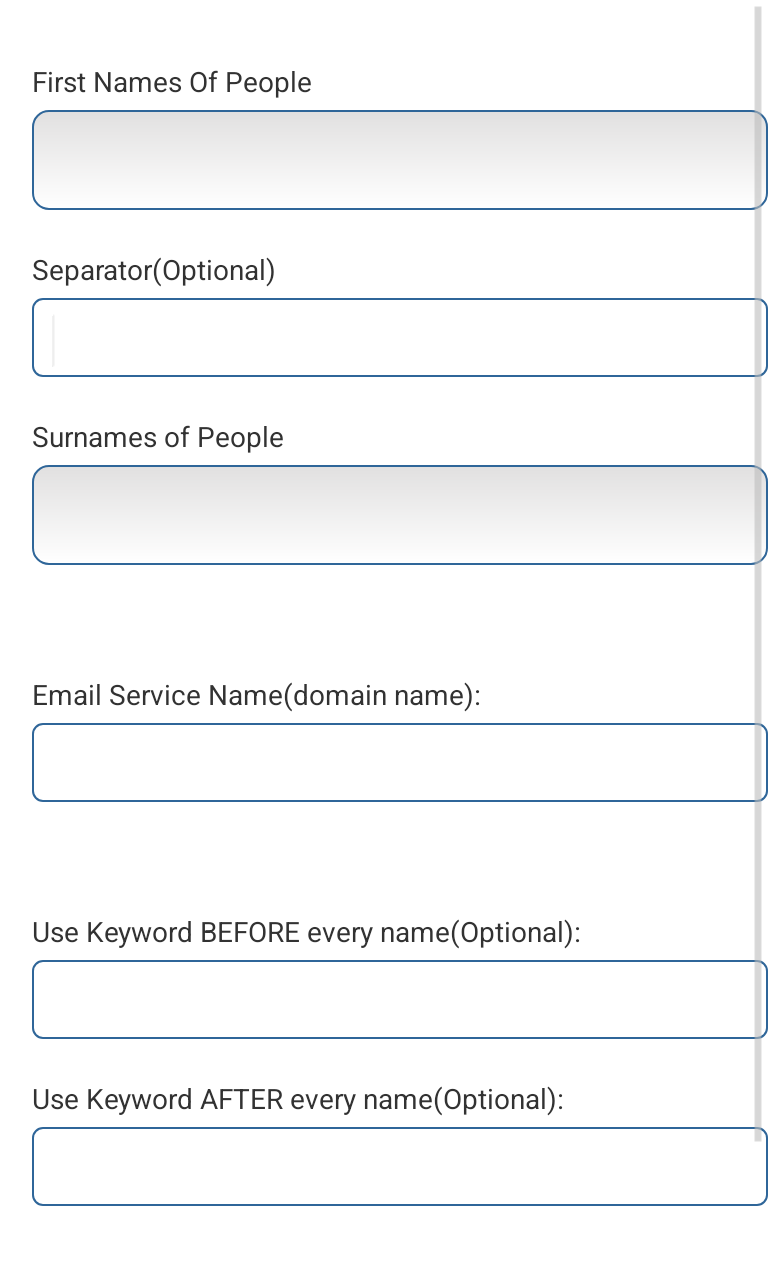
Repository: gperedo/AllAndroid
Layout: UltimateEmailIDEngine/res/layout/inputdata_activity.xml
The author's editor kept a copy of each file at every save. The layout is drawn from the files as they stood at one save, then again after the next save.
It is drawn on a 768 x 1280 px phone screen (xhdpi) without system bars, with theme AppTheme; the app's code is not run.

Above is the layout before, as saved 2014-01-17 05:19:00.

### UltimateEmailIDEngine/res/layout/inputdata_activity.xml
<?xml version="1.0" encoding="utf-8"?>
<ScrollView xmlns:android="http://schemas.android.com/apk/res/android"
    android:layout_width="match_parent"
    android:layout_height="match_parent"
    >

    <LinearLayout
        android:layout_width="wrap_content"
        android:layout_height="wrap_content"
        android:layout_centerInParent="true"
        android:layout_marginTop="0dp"
        android:orientation="vertical"
        android:paddingBottom="@dimen/activity_vertical_margin"
    	android:paddingLeft="@dimen/activity_horizontal_margin"
    	android:paddingTop="@dimen/activity_vertical_margin" >

        <LinearLayout
            android:id="@+id/linearLayout5"
            android:layout_width="match_parent"
            android:layout_height="wrap_content"
            android:orientation="vertical" >

            <LinearLayout
                android:id="@+id/linearLayout2"
                android:layout_width="match_parent"
                android:layout_height="wrap_content"
                android:layout_marginTop="15dp"
                android:orientation="vertical" >

                <TextView
                    android:id="@+id/firstname_textview"
                    android:layout_width="wrap_content"
                    android:layout_height="wrap_content"
                    android:text="First Names Of People" />

                <Spinner
                    android:id="@+id/firstnames_spinner"
                    android:layout_width="match_parent"
                    android:layout_height="50dp"
                    android:layout_marginTop="5dp"
                    android:background="@drawable/custom_spinner_btn_normal"/>
            </LinearLayout>

            <LinearLayout
                android:id="@+id/linearLayout3"
                android:layout_width="match_parent"
                android:layout_height="wrap_content"
                android:layout_marginTop="20dp"
                android:orientation="vertical" >

                <TextView
                    android:id="@+id/separator_textview"
                    android:layout_width="wrap_content"
                    android:layout_height="wrap_content"
                    android:text="Separator(Optional)" />

                <EditText
                    android:id="@+id/separator_edittext"
                    android:layout_width="match_parent"
                    android:layout_height="wrap_content"
                    android:layout_marginTop="5dp"
                    android:ems="10"
                    android:singleLine="true"
                    android:background="@drawable/rounded_edittext">

                    <requestFocus />
                </EditText>
            </LinearLayout>

            <LinearLayout
                android:id="@+id/linearLayout4"
                android:layout_width="match_parent"
                android:layout_height="wrap_content"
                android:layout_marginTop="20dp"
                android:orientation="vertical" >

                <TextView
                    android:id="@+id/surnames_textview"
                    android:layout_width="wrap_content"
                    android:layout_height="wrap_content"
                    android:text="Surnames of People" />

                <Spinner
                    android:id="@+id/surnames_spinner"
                    android:layout_width="match_parent"
                    android:layout_height="50dp"
                    android:layout_marginTop="5dp"
                    android:layout_weight="1"
                    android:background="@drawable/custom_spinner_btn_normal"/>
            </LinearLayout>
        </LinearLayout>

        <LinearLayout
            android:id="@+id/linearLayout8"
            android:layout_width="match_parent"
            android:layout_height="wrap_content"
            android:layout_marginTop="40dp"
            android:orientation="vertical" >

            <LinearLayout
                android:id="@+id/linearLayout7"
                android:layout_width="match_parent"
                android:layout_height="wrap_content"
                android:layout_marginTop="15dp"
                android:orientation="vertical" >

                <TextView
                    android:id="@+id/domainname_textView"
                    android:layout_width="match_parent"
                    android:layout_height="wrap_content"
                    android:text="Email Service Name(domain name):" />

                <EditText
                    android:id="@+id/editText1"
                    android:layout_width="match_parent"
                    android:layout_height="wrap_content"
                    android:layout_marginTop="5dp"
                    android:singleLine="true"
                    android:background="@drawable/rounded_edittext"/>
            </LinearLayout>
        </LinearLayout>

        <LinearLayout
            android:id="@+id/linearLayout12"
            android:layout_width="match_parent"
            android:layout_height="wrap_content"
            android:layout_marginTop="40dp"
            android:orientation="vertical" >

            <LinearLayout
                android:id="@+id/linearLayout10"
                android:layout_width="match_parent"
                android:layout_height="wrap_content"
                android:layout_marginTop="15dp"
                android:orientation="vertical" >

                <TextView
                    android:id="@+id/beforenameKeyword_textView"
                    android:layout_width="wrap_content"
                    android:layout_height="wrap_content"
                    android:text="Use Keyword BEFORE every name(Optional):" />

                <EditText
                    android:id="@+id/beforenameKeyword_editText"
                    android:layout_width="match_parent"
                    android:layout_height="wrap_content"
                    android:layout_marginTop="5dp"
                    android:ems="10"
                    android:singleLine="true"
                    android:background="@drawable/rounded_edittext"/>
            </LinearLayout>

            <LinearLayout
                android:id="@+id/linearLayout11"
                android:layout_width="match_parent"
                android:layout_height="wrap_content"
                android:layout_marginTop="20dp"
                android:orientation="vertical" >

                <TextView
                    android:id="@+id/afternameKeyword_textView"
                    android:layout_width="wrap_content"
                    android:layout_height="wrap_content"
                    android:text="Use Keyword AFTER every name(Optional):" />

                <EditText
                    android:id="@+id/afternameKeyword_editText"
                    android:layout_width="match_parent"
                    android:layout_height="wrap_content"
                    android:layout_marginTop="5dp"
                    android:ems="10"
                    android:singleLine="true"
                    android:background="@drawable/rounded_edittext" />
            </LinearLayout>
        </LinearLayout>

        <LinearLayout
            android:id="@+id/linearLayout13"
            android:layout_width="wrap_content"
            android:layout_height="wrap_content"
            android:layout_marginTop="40dp"
            android:orientation="vertical" >

            <Button
                android:id="@+id/pass_btn"
                android:layout_width="778dp"
                android:layout_height="wrap_content"
                android:background="@drawable/custom_button_selector"
                android:text="Button" />
        </LinearLayout>
    </LinearLayout>

</ScrollView>

### UltimateEmailIDEngine/res/drawable/custom_spinner_btn_normal.xml
<?xml version="1.0" encoding="utf-8"?>
<shape xmlns:android="http://schemas.android.com/apk/res/android"
    android:shape="rectangle">
    <padding
        android:left="10dp"
        android:top="9dp"
        android:right="10dp"
        android:bottom="6dp" />
    <gradient
        android:startColor="#ffffff"
        android:endColor="#e1e0e0"
        android:type="linear"
        android:angle="90"/>
    <stroke
        android:width="1dip"
        android:color="#2f6699" />
    <corners android:radius="8dp" />
</shape>

### UltimateEmailIDEngine/res/drawable/rounded_edittext.xml
<?xml version="1.0" encoding="utf-8"?>
<!-- res/drawable/rounded_edittext.xml -->
<shape xmlns:android="http://schemas.android.com/apk/res/android"
    android:padding="10dp"
    android:shape="rectangle" >

    <solid android:color="#FFFFFF" />

    <stroke
        android:width="1dp"
        android:color="#2f6699" />

    <corners
        android:bottomLeftRadius="5dp"
        android:bottomRightRadius="5dp"
        android:topLeftRadius="5dp"
        android:topRightRadius="5dp" />

    <padding
        android:left="10dp"
        android:top="9dp"
        android:right="10dp"
        android:bottom="6dp" />

</shape>

### UltimateEmailIDEngine/res/drawable/custom_button_selector.xml
<?xml version="1.0" encoding="utf-8"?>
<selector xmlns:android="http://schemas.android.com/apk/res/android">
<item
    android:state_enabled="false"
    android:drawable="@drawable/custom_button_selected" />
<item
    android:state_pressed="true"
    android:state_enabled="true"
    android:drawable="@drawable/custom_button_selected" />
<item
    android:state_focused="true"
    android:state_enabled="true"
    android:drawable="@drawable/custom_button_selected" />
<item
    android:state_enabled="true"
    android:drawable="@drawable/custom_button_normal" />
</selector>

### UltimateEmailIDEngine/res/drawable/custom_button_selected.xml
<?xml version="1.0" encoding="utf-8"?>
<shape xmlns:android="http://schemas.android.com/apk/res/android"
    android:shape="rectangle">
    <padding
        android:left="7dp"
        android:top="15dp"
        android:right="7dp"
        android:bottom="15dp" />
    <gradient
        android:startColor="#10429c"
        android:endColor="#3c7fc6"
        android:type="linear"
        android:angle="90"/>
    <stroke
        android:width="1dip"
        android:color="#4e97ce" />
    <corners android:radius="8dp" />
</shape>

### UltimateEmailIDEngine/res/drawable/custom_button_normal.xml
<?xml version="1.0" encoding="utf-8"?>
<shape xmlns:android="http://schemas.android.com/apk/res/android"
    android:shape="rectangle">
    <padding
        android:left="7dp"
        android:top="15dp"
        android:right="7dp"
        android:bottom="15dp" />
    <gradient
        android:startColor="#2c6cba"
        android:endColor="#61ade2"
        android:type="linear"
        android:angle="90"/>
    <stroke
        android:width="1dip"
        android:color="#4e97ce" />
    <corners android:radius="8dp" />
</shape>

Loaded but not shown: UltimateEmailIDEngine/res/values/styles.xml (common file); UltimateEmailIDEngine/res/values-v11/styles.xml (common file); UltimateEmailIDEngine/res/values-v14/styles.xml (common file); UltimateEmailIDEngine/res/values/dimens.xml (common file)

After the next save:
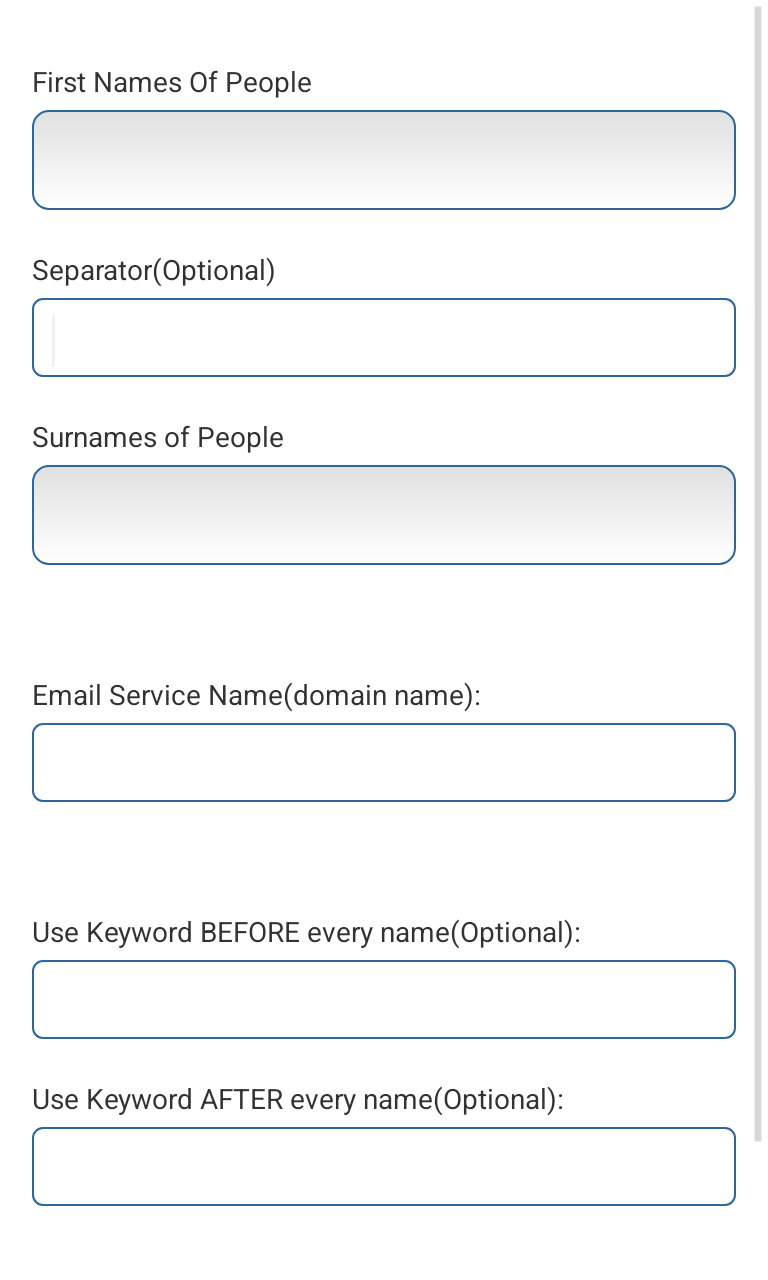
Saved 26 s later.
--- a/UltimateEmailIDEngine/res/layout/inputdata_activity.xml
+++ b/UltimateEmailIDEngine/res/layout/inputdata_activity.xml
@@ -12,6 +12,7 @@
         android:orientation="vertical"
         android:paddingBottom="@dimen/activity_vertical_margin"
     	android:paddingLeft="@dimen/activity_horizontal_margin"
+    	android:paddingRight="@dimen/activity_horizontal_margin"
     	android:paddingTop="@dimen/activity_vertical_margin" >
 
         <LinearLayout
